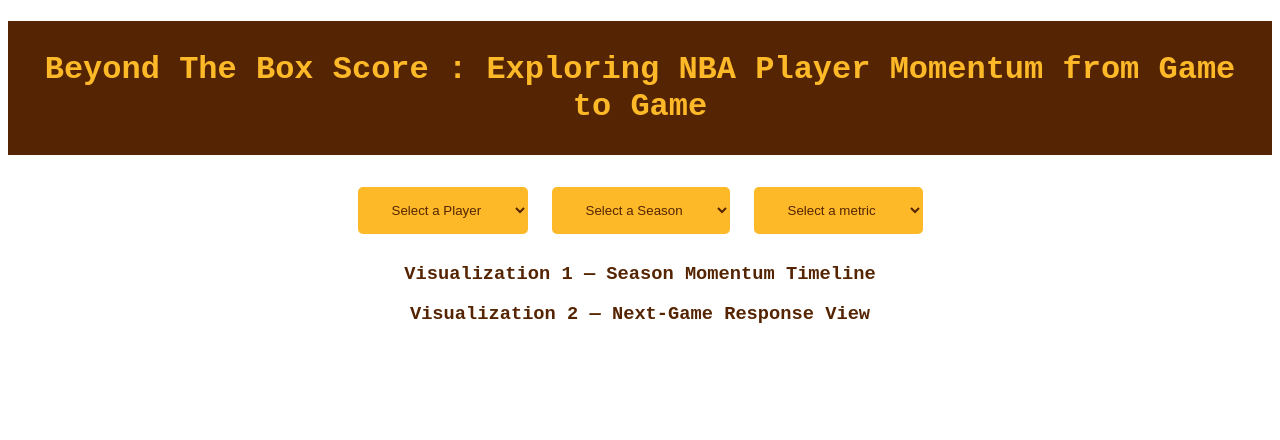
Repository: houdafatih/Data-Viz-Project
Page: index.html
An editor plug-in stored every save of this project. The page is shown before and after the next save, followed by the edit.
The browser window is 1280 px wide. The pictures show the whole page.

Above is the page before, as saved 2026-06-13 13:08:46.

### index.html
<!DOCTYPE html>
<html>
   <head>
    <meta charset="UTF-8"/>
    <title>Beyond The Box Score</title>
    <link rel="stylesheet" href="style.css" >
  </head>
  <body>
     <h1>Beyond The Box Score : Exploring NBA Player Momentum from Game to Game</h1>

     <div class="selection">
        <select id="playerSelect">
            <option selected disabled>Select a Player</option>
        </select>

        <select id="seasonSelect">
            <option selected disabled>Select a Season</option>
        </select>

        <select id="metricSelect">
            <option selected disabled>Select a metric</option>
            <option value="pts">Points</option>
            <option value="fga">FGA</option>
            <option value="min">Minutes</option>
            <option value="fg_pct">FG%</option>
            <option value="plus_minus">Plus/Minus</option>
        </select>
     </div>

     <h3>Visualization 1 — Season Momentum Timeline</h3>
     <div id="vizual1"></div>

     <h3>Visualization 2 — Next-Game Response View</h3>
     <div id="vizual2"></div>

     <!---<h3>Visualization 3 — Hot/Cold Streak Explorer</h3>
     <div id="vizual3"></div>

     <h3>Visualization 4 — Context Impact View</h3>
     <div id="vizual4"></div> ---->

  </body>
  <script src="https://d3js.org/d3.v7.min.js"></script>
  <script type="module" src="index.js"></script>
</html>

### style.css
body{
    padding: 0px;
}
h1{
  text-align: center;
  font-size: 2rem;
  font-family: "Courier New", Courier, monospace;
  color : #fdb927;
  background-color: #552503;
  padding: 30px;

}
.selection{
    text-align: center;
}
select{
    margin: 10px;
    padding: 15px 30px;
    border-radius: 5px;
    border: none;
    background: #fdb927;
    color:#552503;

}
select option:hover{
    background-color: #fdb927;
}



h3{
    color: #552503;
    font-family: "Courier New", Courier, monospace;
    text-align: center;
}
.tick{
    font-size: 5px;
}
line{
    stroke-width: 0.5px;
}
.label{
    color: #552503;
    font-family: "Courier New", Courier, monospace;
    font-weight: bold;
}

.tooltip{
    position: fixed;
    background: wheat;
    border: 1px solid #ccc;
    padding: 10px;
    font-size: 15px;
    opacity: 0;
    pointer-events: none;

}

### index.js
import {playersData,seasonData} from "./scripts/utils.js";
import { drawVisualization1 } from "./scripts/visualization1.js";
import { drawVisualization2 } from "./scripts/visualization2.js";

d3.csv("data/nba.csv",d3.autoType).then(function(data){

   playersData(data)
   seasonData(data)

   const nba_data = data

   d3.select("#playerSelect").on("change",() => updateVisualization1(nba_data))
   d3.select("#seasonSelect").on("change",() => updateVisualization1(nba_data))
   d3.select("#metricSelect").on("change",() => updateVisualization1(nba_data))

})

function updateVisualization1(nba_data){
    const player = d3.select("#playerSelect").property("value")
    const season = d3.select("#seasonSelect").property("value")
    const metric = d3.select("#metricSelect").property("value")

    if(player === "Select a Player" || season === "Select a Season" || metric === "Select a metric"){
        return
    }

    let data_filter = nba_data.filter(d => d.player_name === player && d.season_year == season)
    drawVisualization1(data_filter,"#vizual1",metric)
    drawVisualization2(data_filter,"#vizual2",metric)

}

### scripts/utils.js
export function playersData(data){
    const players_list = [...new Set(data.map(dt => dt.player_name))]

    d3.select("#playerSelect").selectAll(".players-options").data(players_list)
    .enter().append("option").attr("class","players-options").attr("value",dt=>dt).text(dt => dt)
}

export function seasonData(data){
    const seasons_list = [...new Set(data.map(dt => dt.season_year))]

    d3.select("#seasonSelect").selectAll(".seasons-options").data(seasons_list)
    .enter().append("option").attr("class","seasons-options").attr("value",dt=>dt).text(dt => dt)
}

### scripts/visualization1.js
export function drawVisualization1(data,id,metric){
     if(data.length === 0) {
        clearCanvas(id)
        return
    }
     const canvas = createCanvas()

     clearCanvas(id)

     const svg = addSvg(id,canvas)
     const sc = addScales(data,canvas,metric)

     addAxes(svg,sc,canvas)
     addMetricLine(svg,sc,data,metric)
     addAverageLine(svg,sc,data,metric)
     addBaselineLine(svg,sc,data,metric)
     addPoints(svg,sc,data,metric)
     addLabels(svg,canvas,metric)

     addLegends(svg,canvas)
}

function createCanvas(){
    return{
        width : 600, height: 200, margin:{top: 20,right:100, bottom:60, left:50}
    }
}

function clearCanvas(id){
    d3.select(id).html("")
}

function addSvg(id,canvas){
    return d3.select(id).append("svg").attr("viewBox",`0 0 ${canvas.width} ${canvas.height}`)
}

function addScales(data,canvas,metric){
    const xScale =
    d3.scaleLinear().domain(d3.extent(data,dt => dt.game_index))
    .range([canvas.margin.left,canvas.width - canvas.margin.right])

    const yScale =
      d3.scaleLinear().domain([d3.min(data,d => d[metric]),d3.max(data,d => d[metric])])
      .nice().range([canvas.height - canvas.margin.bottom,canvas.margin.top])

    return {xScale,yScale}
}

function addAxes(svg, scales, canvas){
    svg.append("g").attr("transform",`translate(0, ${canvas.height - canvas.margin.bottom})`)
    .call(d3.axisBottom(scales.xScale))

    svg.append("g").attr("transform",`translate(${canvas.margin.left},0)`)
    .call(d3.axisLeft(scales.yScale))
}

function addMetricLine(svg,scales,data,metric){
    let line = d3.line().x(d => scales.xScale(d.game_index)).y(d => scales.yScale(d[metric]))

    svg.append("path").datum(data).attr("fill","none").attr("stroke","#222")
     .attr("stroke-width",0.8).attr("d",line)
}

function addAverageLine(svg,scales,data,metric){
    if(metric != "pts") return
    console.log(data.map(d => d.rolling_pts_avg_3))
    let avg_line = d3.line().x(d => scales.xScale(d.game_index)).y(d => scales.yScale(d.rolling_pts_avg_3))

    svg.append("path").datum(data).attr("fill","none").attr("stroke","#fdb927")
     .attr("stroke-width",0.5).attr("d",avg_line)
}

function addBaselineLine(svg,scales,data,metric){

    let base_line = d3.mean(data,d => d[metric])


    svg.append("line")
    .attr("x1",scales.xScale(d3.min(data,dt => dt.game_index))).attr("x2",scales.xScale(d3.max(data,dt => dt.game_index)))
    .attr("y1",scales.yScale(base_line)).attr("y2",scales.yScale(base_line))
    .attr("stroke","#777").attr("stroke-dasharray","6 4")
}

function addPoints(svg,scales,data,metric){
    const tooltip = toolTip()

    svg.selectAll("circle").data(data).enter()
     .append("circle").attr("class","game-pt")
     .attr("cx", d => scales.xScale(d.game_index))
     .attr("cy",d => scales.yScale(d[metric]))
     .attr("r",2).attr("fill",d => colorPoint(d.performance_label))
     .on("mouseover",function(event,d){
        d3.select(this).attr("r",3)
        tooltip.style("opacity",1).html(tooltipInformations(d))
     })
     .on("mousemove",function(event){
        tooltip.style("left",event.clientX+15+"px")
          .style("top",event.clientY-20+"px")
     })
     .on("mouseout",function(){
        d3.select(this)
        .attr("r",2)
        tooltip.style("opacity",0)
     })
     //.on("click",function(event,d){
       // highlightGameandNextGame(svg,data,d)
    // })



}

function colorPoint(perf){
    if(perf === "hot") return "#d94801"
    if(perf === "cold") return "#3182bd"
    return "#999"
}

function addLabels(svg,canvas,metric){
    svg.append("text").attr("class","label")
    .attr("x",canvas.width - 100).attr("y",canvas.height-40)
    .attr("text-anchor","middle").attr("font-size","5px")
    .text("Game Order")

    svg.append("text").attr("class","label")
    .attr("x",40).attr("y",10)
    .attr("text-anchor","middle").attr("font-size","5px")
    .text(metricName(metric))
}

function metricName(metric){
    if(metric === "pts") return "Points"
    if(metric === "fga") return "Field Goal Attempts"
    if(metric === "min") return "Minutes"
    if(metric === "fg_pct") return "Field Goal Percentage"
    if(metric === "plus_minus") return "Plus / Minus"
}

function addLegends(svg,canvas){
    const lg = svg.append("g").attr("transform",
        `translate(${canvas.width - canvas.margin.right+20},${canvas.margin.top-10})`)


    lg.append("circle").attr("cx",0).attr("cy",0).attr("r",2).attr("fill","#d94801")
    lg.append("text").attr("x",5).attr("y",2).text("Hot game").attr("font-size","5px")

    lg.append("circle").attr("cx",0).attr("cy",10).attr("r",2).attr("fill","#999")
    lg.append("text").attr("x",5).attr("y",12).text("Normal game").attr("font-size","5px")

    lg.append("circle").attr("cx",0).attr("cy",20).attr("r",2).attr("fill","#3182bd")
    lg.append("text").attr("x",5).attr("y",22).text("Cold game").attr("font-size","5px")


    lg.append("line").attr("x1",0).attr("x2",20).attr("y1",30).attr("y2",30)
    .attr("stroke","black").attr("stroke-width",2)
    lg.append("text").attr("x",21).attr("y",30).text(" = Metric").attr("font-size","5px")

    lg.append("line").attr("x1",0).attr("x2",20).attr("y1",40).attr("y2",40)
    .attr("stroke","black").attr("stroke-dasharray","6 4")
    lg.append("text").attr("x",21).attr("y",40).text(" = Baseline").attr("font-size","5px")

    lg.append("line").attr("x1",0).attr("x2",20).attr("y1",50).attr("y2",50)
    .attr("stroke-width",2).attr("stroke","#fdb927")
    lg.append("text").attr("x",21).attr("y",50).text(" = Rolling Average").attr("font-size","5px")
}

function toolTip(){
    let tooltip = d3.select("body").select(".tooltip")
    if(tooltip.empty()){
        tooltip = d3.select("body").append("div").attr("class","tooltip")
    }

    return tooltip
}

function tooltipInformations(data){
    return `<strong> Game ${data.game_index} </strong><br>
            Date : ${data.game_date}<br>
            Home/Away : ${data.home_away}<br>
            Points : ${data.pts}<br>
            Minutes : ${data.min}<br>
            FGA : ${data.fga}<br>
            Next Game Points : ${data.next_pts}<br>`
}

function highlightGameandNextGame(svg,data,selected){
    const nextG = data.find(d => d.game_index === selected.game_index + 1)

    svg.selectAll(".game-point").attr("r",8).attr("stroke","none").attr("opacity",0.4)

    svg.selectAll(".game-point").filter(d => d.game_index === selected.game_index)
    .attr("stroke","black").attr("stroke-width",3).attr("r",5).attr("opacity",1)

    if(nextG){
        svg.selectAll(".game-point").filter(d => d.game_index === nextG.game_index)
       .attr("stroke","#3182bd").attr("stroke-width",3).attr("r",8).attr("opacity",1)
    }
}

### scripts/visualization2.js
export function drawVisualization2(data,id,metric){
    if(data.length === 0) {
        clearCanvas(id)
        return
    }
     const canvas = createCanvas()

     clearCanvas(id)

     const svg = addSvg(id,canvas)
}
function createCanvas(){
    return{
        width : 600, height: 200, margin:{top: 20,right:100, bottom:60, left:50}
    }
}

function clearCanvas(id){
    d3.select(id).html("")
}

function addSvg(id,canvas){
    return d3.select(id).append("svg").attr("viewBox",`0 0 ${canvas.width} ${canvas.height}`)
}

After the next save:
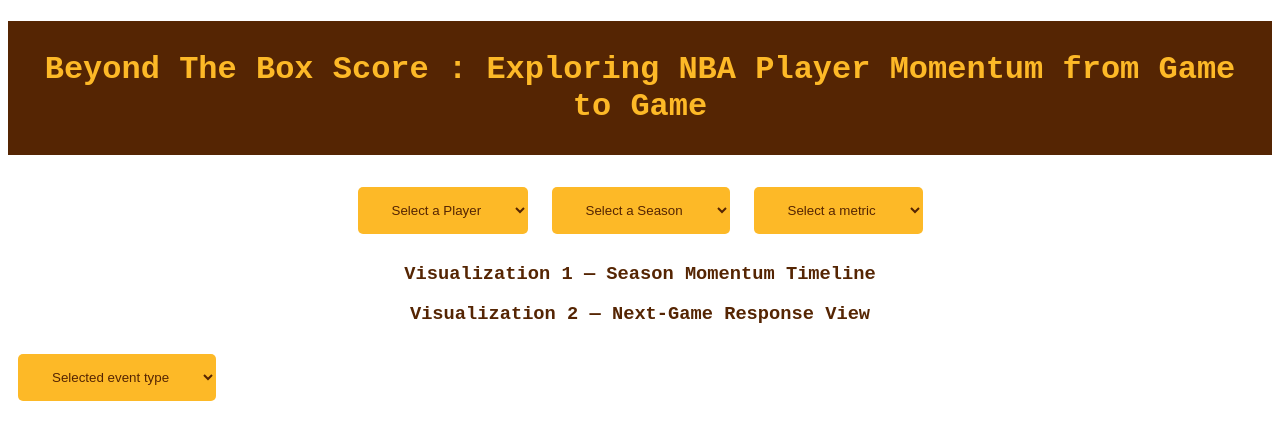
Saved 9 min 48 s later.
--- a/index.html
+++ b/index.html
@@ -31,6 +31,13 @@
      <div id="vizual1"></div>
 
      <h3>Visualization 2 — Next-Game Response View</h3>
+      <select id="performanceSelect">
+            <option selected disabled>Selected event type</option>
+            <option value="all">All</option>
+            <option value="hot">Hot</option>
+            <option value="cold">Cold</option>
+            <option value="normal">Normal</option>
+        </select>
      <div id="vizual2"></div>
 
      <!---<h3>Visualization 3 — Hot/Cold Streak Explorer</h3>
